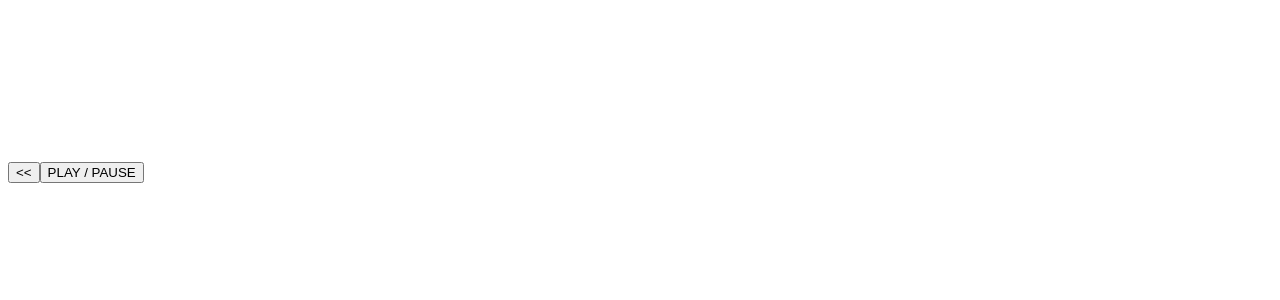
Repository: LuisMiLR/My-Media-Player-JS
Page: index.html
The author's editor kept a copy of each file at every save. The page is drawn from the files as they stood at one save, then again after a run of saves.
The browser window is 1280 px wide. The pictures show the whole page.

Above is the page before, as saved 2023-03-23 01:30:17.

### index.html
<!DOCTYPE html>
<html lang="en">
<head>
    <meta charset="UTF-8">
    <meta http-equiv="X-UA-Compatible" content="IE=edge">
    <meta name="viewport" content="width=device-width, initial-scale=1.0">
    <title>Document</title>
</head>
<body>
    <div class="container"></div>
</body>
<script src="app.js"></script>

</html>

### app.js
const container = document.querySelector('.container');

//creation HTML dynamique

//// creation de la div globale
const allVid = document.createElement('div');
allVid.className = 'allVid';
container.appendChild(allVid);

const video = document.createElement('video');
video.setAttribute ='src','Ferrari.mp4';
video.className = 'video';
allVid.appendChild(video);

//creation de la div global pour le controle
const controls = document.createElement('div');
controls.className = 'controls';
allVid.appendChild(controls);

const orangeBar = document.createElement('div');
orangeBar.className ='orange-bar';
controls.appendChild(orangeBar);

const juice = document.createElement('div');
juice.className = 'orange-juice';
controls.appendChild(juice);

//creation div global des boutons
const buttons = document.createElement('div');
buttons.className = 'buttons';
controls.appendChild(buttons);

const rwdBtn = document.createElement('button');
rwdBtn.className = 'rwd';
rwdBtn.textContent = "<<";
buttons.appendChild(rwdBtn);

const btn = document.createElement('button');
btn.id = 'play-pause';
btn.textContent = 'PLAY / PAUSE';
buttons.appendChild(btn);

/*const stopBtn = document.createElement('button');
stopBtn.id = 'stop';
stopBtn.textContent = 'STOP';
buttons.appendChild(stopBtn);*/

/*const fwdBtn = document.createElement('button');
fwdBtn.classeName = 'fwd';
fwdBtn.textContent = '>>';
buttons.appendChild(fwdBtn);*/

After the next 4 saves:
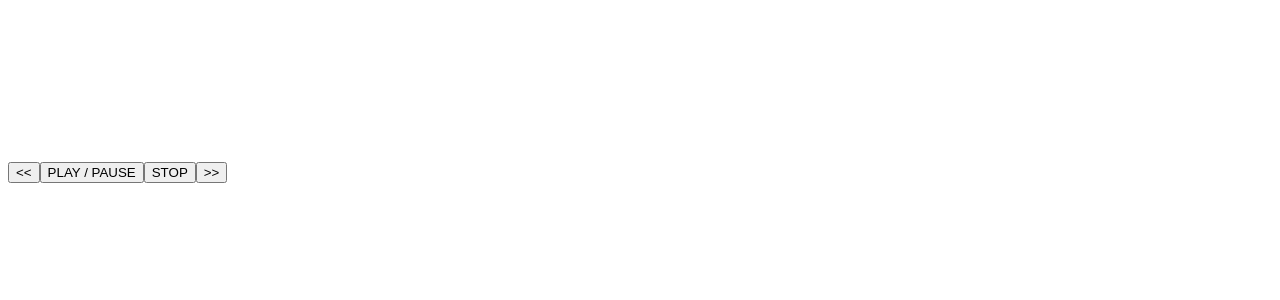
The 4 saves are shown as one change because they came seconds apart.
The last was saved 13 s later.
--- a/app.js
+++ b/app.js
@@ -40,12 +40,12 @@
 btn.textContent = 'PLAY / PAUSE';
 buttons.appendChild(btn);
 
-/*const stopBtn = document.createElement('button');
+const stopBtn = document.createElement('button');
 stopBtn.id = 'stop';
 stopBtn.textContent = 'STOP';
-buttons.appendChild(stopBtn);*/
+buttons.appendChild(stopBtn);
 
-/*const fwdBtn = document.createElement('button');
+const fwdBtn = document.createElement('button');
 fwdBtn.classeName = 'fwd';
 fwdBtn.textContent = '>>';
-buttons.appendChild(fwdBtn);*/
+buttons.appendChild(fwdBtn);
